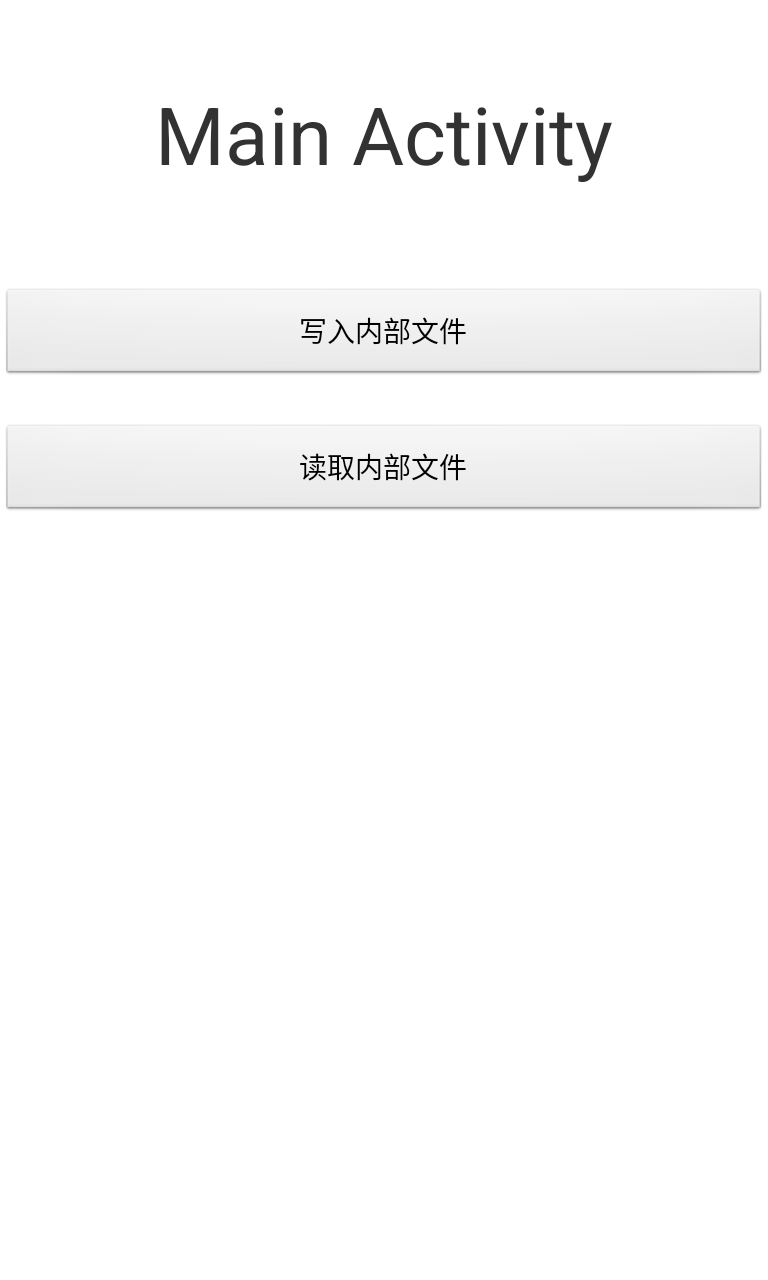
Repository: CiLiNet-Android/courseware
Layout: Android数据存储/文件数据存储/SourceCodes/InternalFileIODemo/res/layout/activity_main.xml
These files come from the project's save history. The layout is drawn as it stood at one moment and after the next save; the edit follows.
It is drawn on a 768 x 1280 px phone screen (xhdpi) without system bars, with theme AppTheme; the app's code is not run.

Above is the layout before, as saved 2014-01-02 01:55:08.

### Android数据存储/文件数据存储/SourceCodes/InternalFileIODemo/res/layout/activity_main.xml
<?xml version="1.0" encoding="utf-8"?>
<LinearLayout xmlns:android="http://schemas.android.com/apk/res/android"
    android:layout_width="match_parent"
    android:layout_height="match_parent"
    android:orientation="vertical" >

    <TextView
        android:layout_width="match_parent"
        android:layout_height="wrap_content"
        android:layout_marginTop="40dp"
        android:gravity="center_horizontal"
        android:text="Main Activity"
        android:textSize="40sp"/>

    <Button
        android:layout_width="match_parent"
        android:layout_height="wrap_content"
        android:layout_marginTop="50dp"
        android:text="写入内部文件"
        android:id="@+id/btn_write"/>

    <Button
        android:layout_width="match_parent"
        android:layout_height="wrap_content"
        android:layout_marginTop="20dp"
        android:text="读取内部文件"
        android:id="@+id/btn_read"/>

</LinearLayout>

Loaded but not shown: Android数据存储/文件数据存储/SourceCodes/InternalFileIODemo/res/values/styles.xml (common file)

After the next save:
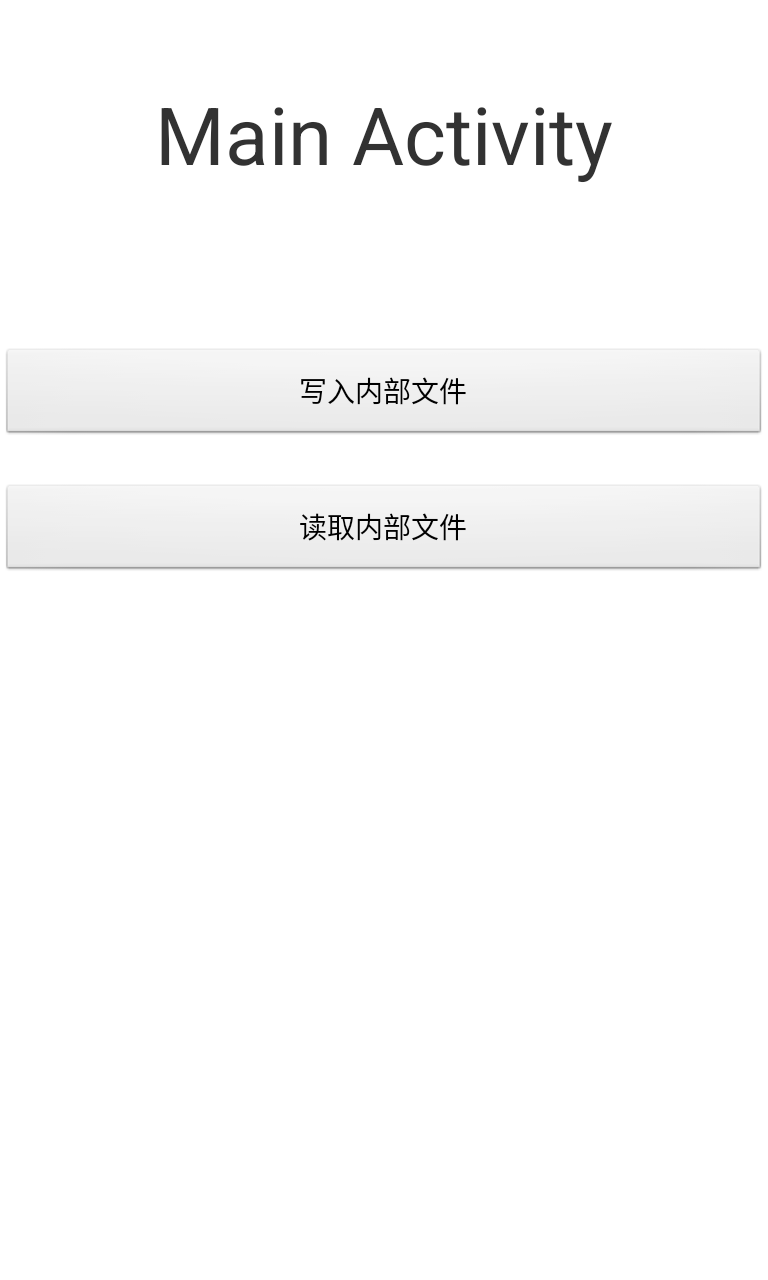
Saved 7 s later.
--- a/Android数据存储/文件数据存储/SourceCodes/InternalFileIODemo/res/layout/activity_main.xml
+++ b/Android数据存储/文件数据存储/SourceCodes/InternalFileIODemo/res/layout/activity_main.xml
@@ -15,7 +15,7 @@
     <Button
         android:layout_width="match_parent"
         android:layout_height="wrap_content"
-        android:layout_marginTop="50dp"
+        android:layout_marginTop="80dp"
         android:text="写入内部文件"
         android:id="@+id/btn_write"/>
 
